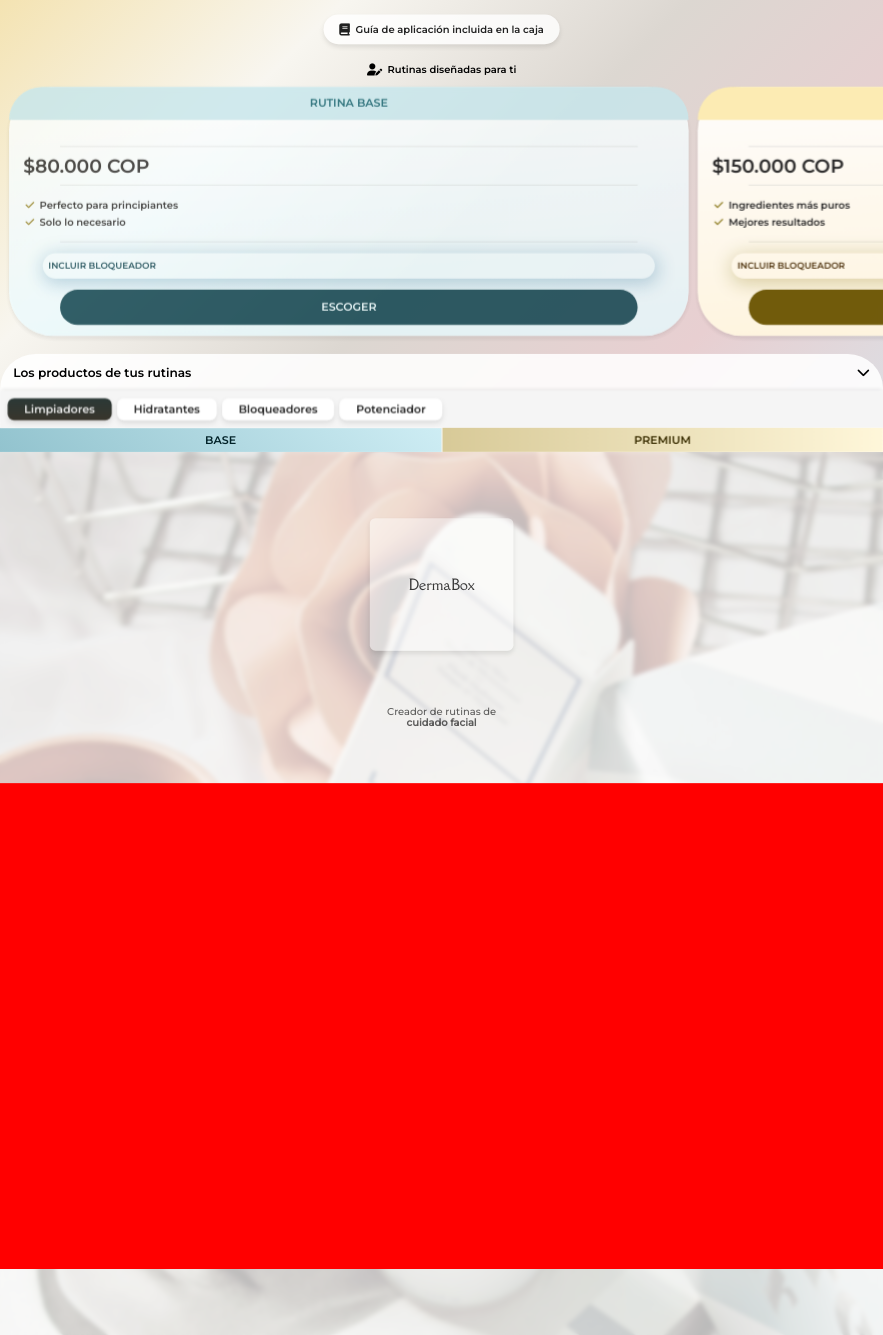
Repository: aCoupon0/DermaBox-2
Page: packs-picker.html
The author's editor kept a copy of each file at every save. The page is drawn from the files as they stood at one save, then again after the next save.
The browser window is 1280 px wide. The pictures show the whole page, at 69% of full size.

Above is the page before, as saved 2025-04-04 22:32:29.
Console error: TypeError: Cannot read properties of null (reading 'valor')

### packs-picker.html
<html lang="en">

<head>
    <meta charset="UTF-8">
    <meta name="viewport" content="width=device-width, initial-scale=1.0">
    <title>DermaBox | Selector de rutina</title>
    <link rel="stylesheet" href="css/packs-picker.css">
    <link rel="stylesheet" href="https://cdnjs.cloudflare.com/ajax/libs/font-awesome/6.4.0/css/all.min.css">
</head>

<body>
    <div class="overlay"></div>

    <div class="firstInfo">
        <i class="fa-solid fa-book"></i>
        <p>Guía de aplicación incluida en la caja</p>

    </div>

    <div class="secondInfo">
        <i class="fa-solid fa-user-pen"></i>
        <p>Rutinas diseñadas para ti</p>
    </div>

    <div class="routineCarrusel">

        <div class="routineCard base">
            <div class="routineTitleBase">RUTINA BASE</div>
            <div class="routinePhotoZone" id="basePhoto"></div>
            <div class="productsIncluded" id="baseNames"></div>

            <div class="routineDivider"></div>

            <div class="routinePriceZone" id="basePrice">$80.000 COP</div>

            <div class="routineDivider"></div>

            <div class="benefitsZone">
                <div class="benefit">
                    <i class="fa-solid fa-check"></i>
                    <p>Perfecto para principiantes</p>
                </div>

                <div class="benefit">
                    <i class="fa-solid fa-check"></i>
                    <p>Solo lo necesario</p>
                </div>
            </div>

            <div class="routineDivider"></div>

            <button class="addSunscreen sunscreenBase" id="addBase">
                <p>INCLUIR BLOQUEADOR</p>
                <p id="sunscreenBasePrice"></p>
            </button>

            <button class="acquireButtonBase" id="acquireBase">ESCOGER</button>
        </div>


        <div class="routineCard premium">
            <div class="routineTitlePremium">RUTINA PREMIUM</div>
            <div class="routinePhotoZone" id="premiumPhoto">

            </div>
            <div class="productsIncluded" id="premiumNames">

            </div>

            <div class="routineDivider"></div>

            <div class="routinePriceZone" id="premiumPrice">$150.000 COP</div>

            <div class="routineDivider"></div>

            <div class="benefitsZone">
                <div class="benefit">
                    <i class="fa-solid fa-check"></i>
                    <p>Ingredientes más puros</p>
                </div>

                <div class="benefit">
                    <i class="fa-solid fa-check"></i>
                    <p>Mejores resultados</p>
                </div>
            </div>

            <div class="routineDivider"></div>

            <button class="addSunscreen sunscreenPremium" id="addPremium">
                <p>INCLUIR BLOQUEADOR</p>
                <p id="sunscreenPremiumPrice"></p>
            </button>

            <button class="acquireButtonPremium" id="acquirePremium">ESCOGER</button>
        </div>


        <div class="routineCard premium">
            <div class="routineTitlePremium">RUTINA PREMIUM+</div>
            <div class="routinePhotoZone" id="premiumPlusPhoto">

            </div>
            <div class="productsIncluded" id="premiumPlusNames">

            </div>

            <div class="routineDivider"></div>

            <div class="routinePriceZone" id="premiumPlusPrice">$250.000 COP</div>

            <div class="routineDivider"></div>

            <div class="benefitsZone">
                <div class="benefit">
                    <i class="fa-regular fa-star"></i>
                    <p>Igual que la <i>Premium</i>, pero con un potenciador.</p>
                </div>


            </div>

            <div class="routineDivider"></div>

            <button class="addSunscreen sunscreenPremium" id="addPremiumPlus">
                <p>INCLUIR BLOQUEADOR</p>
                <p id="sunscreenPremiumPlusPrice"></p>
            </button>

            <button class="acquireButtonPremium" id="acquirePremiumPlus">ESCOGER</button>
        </div>
    </div>

    <section class="routineDescription">
        <div class="routineDescriptionTitle">
            <p>Los productos de tus rutinas</p>
            <i class="fa-solid fa-chevron-down"></i>
        </div>

        <div class="productLabel">
            <p class="active" id="show1">Limpiadores</p>
            <p id="show2">Hidratantes</p>
            <p id="show3">Bloqueadores</p>
            <p id="show4">Potenciador</p>
        </div>

        <div class="productZone">
            <div class="routineColumnBase">
                <div class="title">BASE</div>
            </div>
            <div class="routineColumnPremium">
                <div class="title" id="premiumLabel">PREMIUM</div>
            </div>
        </div>

        <div class="productZoneContainer" id="productZoneContainer">

        </div>


    </section>

    <footer>
        <div class="footerLogo">
            <p>DermaBox</p>
        </div>

        <div class="footerDescription">
            <p>Creador de rutinas de <br><b>cuidado facial</b></p>
        </div>

        <div class="footerContent"></div>
    </footer>




    <div class="modal" id="modal">
        <div class="modalHeader">
            <button id="closeModal">
                <i class="fa-solid fa-circle-arrow-left"></i>
            </button>
            <p>Resumen de tu pedido</p>
        </div>

        <div class="modalProductsContainer" id="modalProductsContainer">


        </div>

        <div class="subTotalAndDelivery">
            <div class="subtotal" id="subtotal">

            </div>
            <div class="delivery" id="delivery">

            </div>
        </div>
        <div class="total">
            <div class="subtotal" id="total">

            </div>
        </div>

        <div class="confirmationButton">
            <button id="confirmationButton">Ir a pago</button>
        </div>
    </div>

    <div class="modalWhatsApp" id="modalWhatsApp">
        <div class="modalWhatsAppContent">
            <div class="modalWhatsAppContentWindow">
                <div class="modalWhatsAppContentWindow1">
                    <i class="fa-solid fa-circle-info"></i>
                </div>
                <div class="modalWhatsAppContentWindow2">
                    <p>Un bot en <b>WhatsApp</b> te pedirá los datos de envío y te indicará cuando llegará a tu domicilio.</p>
                </div>
            </div>
            <div class="windowDivider"></div>
            <div class="modalWhatsAppContentWindow">
                <div class="modalWhatsAppContentWindow1">
                    <i class="fa-solid fa-wallet"></i>
                </div>
                <div class="modalWhatsAppContentWindow2">
                    <p>Puedes pagar <b>contraentrega</b> o con cualquier <b>billetera digital</b></p>
                </div>
            </div>
        </div>
        <div class="modalWhatsAppAccept">
            <p>OK</p>
        </div>
        <div class="modalWhatsAppClose">
            <p>VOLVER</p>
        </div>
    </div>

    <script defer src="js/packs-picker.js"></script>
</body>

</html>

Loaded but not shown: js/packs-picker.js (626 lines, source omitted); css/packs-picker.css (1117 lines, source omitted)

After the next save:
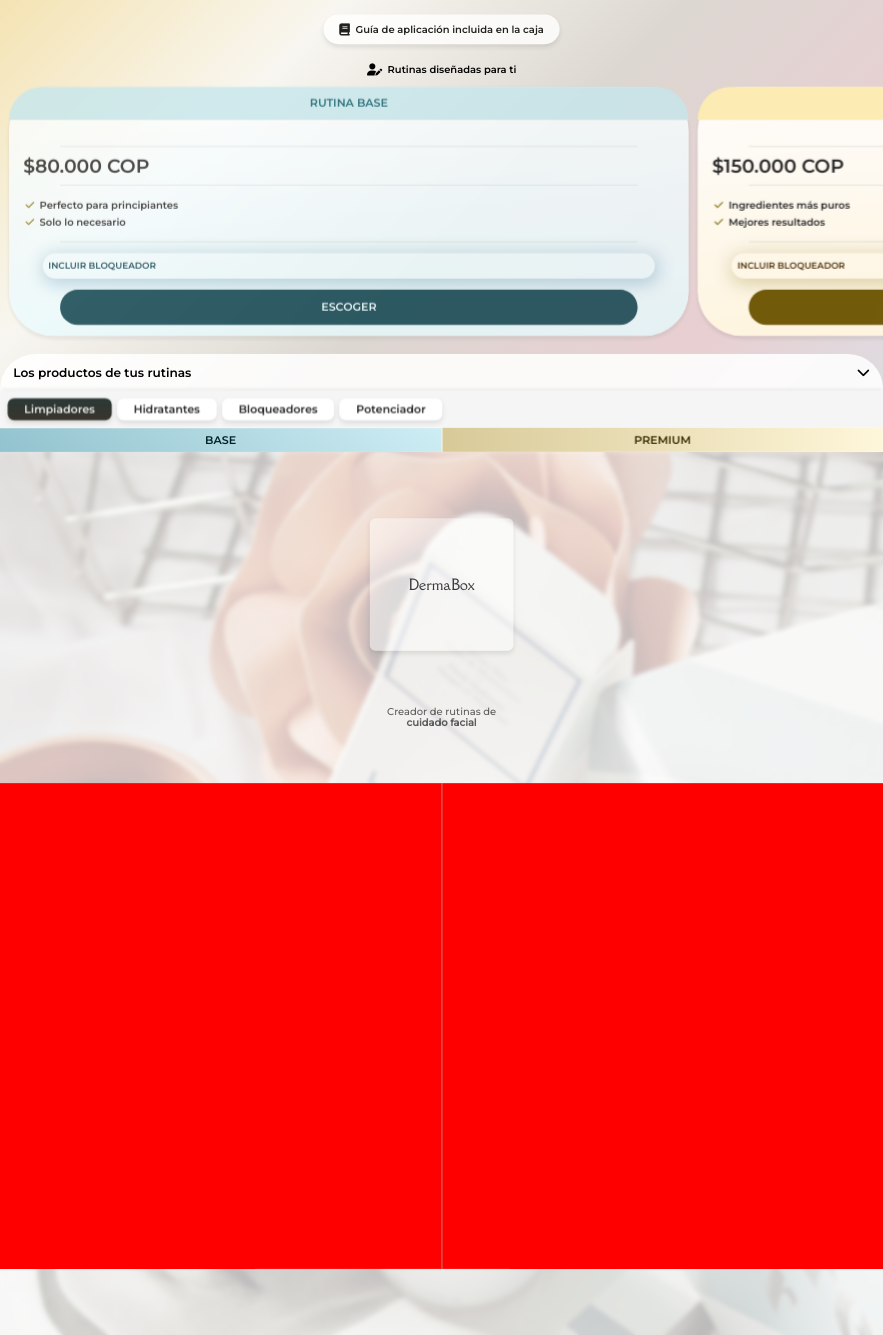
Saved 19 s later.
--- a/packs-picker.html
+++ b/packs-picker.html
@@ -169,7 +169,10 @@
             <p>Creador de rutinas de <br><b>cuidado facial</b></p>
         </div>
 
-        <div class="footerContent"></div>
+        <div class="footerContent">
+            <div class="footerContent1"></div>
+            <div class="footerContent2"></div>
+        </div>
     </footer>
 
 
